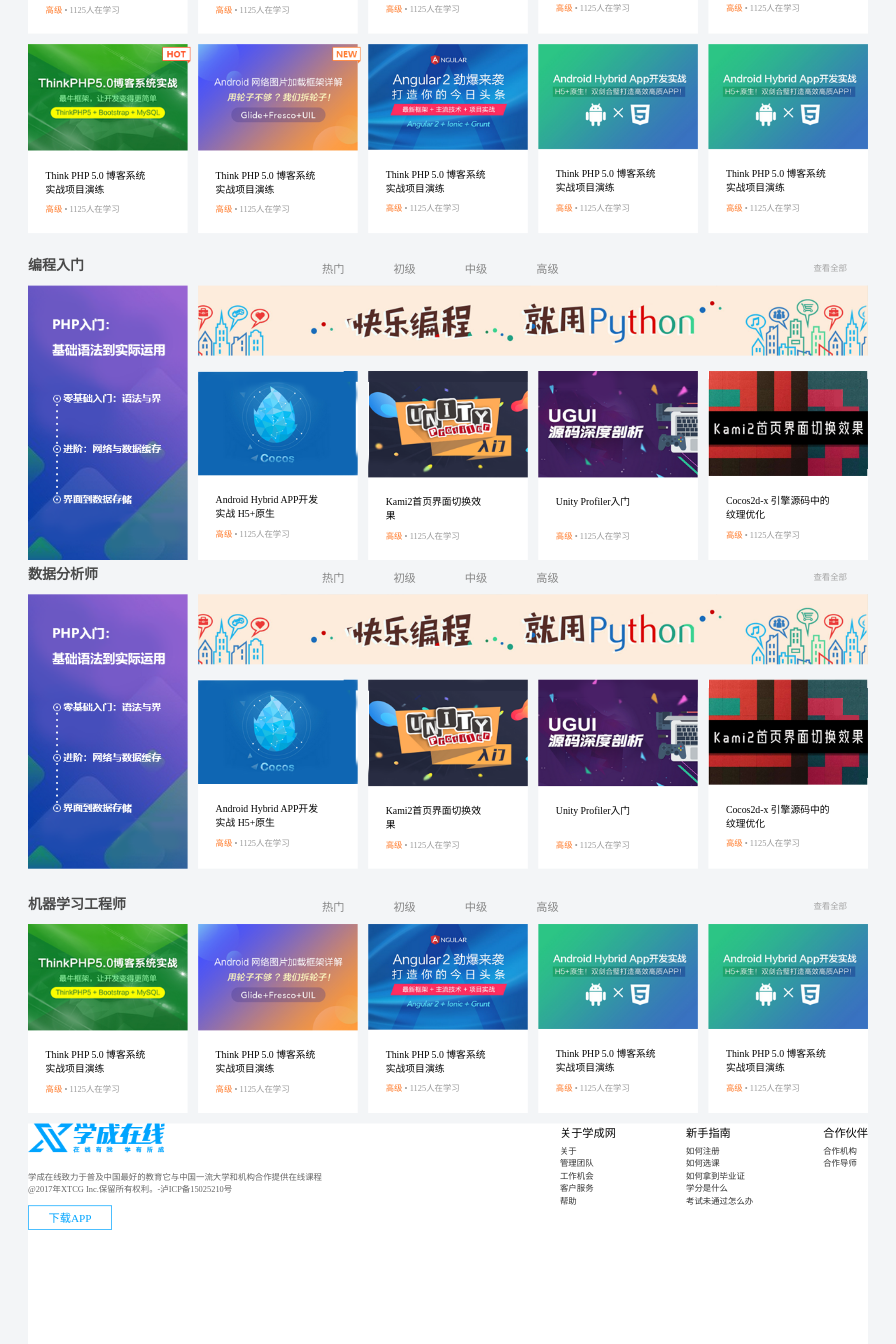
Repository: ywq0312/XueCheng
Page: index.html
The author's editor kept a copy of each file at every save. The page is drawn from the files as they stood at one save, then again after the next save.
The browser window is 1280 px wide. The pictures show the part of the page from y = 890 to 2810 px (the page is 2810 px tall before and 2682 px after), at 70% of full size.

Above is the page before, as saved 2021-05-19 15:48:14.

### index.html
<!DOCTYPE html>
<html lang="en">

<head>
    <meta charset="UTF-8">
    <meta http-equiv="X-UA-Compatible" content="IE=edge">
    <meta name="viewport" content="width=device-width, initial-scale=1.0">
    <title>学成在线</title>
    <!-- 引入重置样式表 -->
    <!-- <link rel="stylesheet" href="./css/reset.css"> -->
    <!-- 引入公共样式表 -->
    <link rel="stylesheet" href="./css/base.css">
    <!-- 引入图标字体库 -->
    <link rel="stylesheet" href="./fa/css/all.css">
    <!-- 引入css样式 -->
    <link rel="stylesheet" href="./css/style.css">
</head>

<body>
    <!-- 1.头部区域 -->
    <div class="header w">
        <!-- logo部分 -->
        <div class="logo">
            <img src="./images/学成在线.png" alt="学成在线logo">
        </div>
        <!-- 导航栏部分nav -->
        <div class="nav">
            <ul>
                <li><a href="#">首页</a></li>
                <li><a href="#">课程</a></li>
                <li><a href="#">职业规划</a></li>
            </ul>
        </div>
        <!-- 搜索框 -->
        <div class="search">
            <!-- 输入关键字可以用  placeholder = "输入关键字" -->
            <input type="text" value="输入关键字" name="" id="">
            <!--
                文本框input、表单、单元格、图片都是行内块元素，行内块元素之间有一个默认缝隙
                解决办法：1.浮动中间无缝隙，可给input、button都加上浮动
            -->
            <button></button>
        </div>
        <!-- 用户模块 -->
        <div class="user">
            <img src="./images/user.png" alt="">
            qq-lilei
        </div>
    </div>
    <!-- 2.bannar部分 -->
    <div class="banner">
        <div class="w">
            <!-- 左侧导航栏模块 -->
            <div class="subnav">
                <ul>
                    <li>
                        <a href="#">
                            前端开发
                            <span> &gt; </span>
                            <!-- 如果用的是字体图标库，则需加上line-height -->
                            <!-- <span class="fas fa-angle-right"></span> -->
                        </a>
                        <!-- 这个符号也可以用大于号>代替 -->
                    </li>
                    <li>
                        <a href="#">
                            后端开发
                            <span>&gt;</span>
                            <!-- <span class="fas fa-angle-right"></span> -->
                        </a>
                    </li>
                    <li>
                        <a href="#">
                            移动开发
                            <span>&gt;</span>
                            <!-- <span class="fas fa-angle-right"></span> -->
                        </a>
                    </li>
                    <li>
                        <a href="#">
                            人工智能
                            <span>&gt;</span>
                            <!-- <span class="fas fa-angle-right"></span> -->
                        </a>
                    </li>
                    <li>
                        <a href="#">
                            商业预测
                            <span>&gt;</span>
                            <!-- <span class="fas fa-angle-right"></span> -->
                        </a>
                    </li>
                    <li>
                        <a href="#">
                            云计算&大数据
                            <span>&gt;</span>
                            <!-- <span class="fas fa-angle-right"></span> -->
                        </a>
                    </li>
                    <li>
                        <a href="#">
                            运维&从测试
                            <span>&gt;</span>
                            <!-- <span class="fas fa-angle-right"></span> -->
                        </a>
                    </li>
                    <li>
                        <a href="#">
                            UI设计
                            <span>&gt;</span>
                            <!-- <span class="fas fa-angle-right"></span> -->
                        </a>
                    </li>
                    <li>
                        <a href="#">
                            产品
                            <span>&gt;</span>
                            <!-- <span class="fas fa-angle-right"></span> -->
                        </a>
                    </li>
                </ul>
            </div>
            <!-- 课程表模块 -->
            <div class="course">
                <h2>我的课程表</h2>
                <div class="bd">
                    <ul>
                        <li>
                            <a href="#">
                                <h4>继续学习 程序语言设计</h4>
                                <p>正在学习-使用对象</p>
                            </a>
                        </li>
                        <li>
                            <a href="#">
                                <h4>继续学习 程序语言设计</h4>
                                <p>正在学习-使用对象</p>
                            </a>
                        </li>
                        <li>
                            <a href="#">
                                <h4>继续学习 程序语言设计</h4>
                                <p>正在学习-使用对象</p>
                            </a>
                        </li>
                    </ul>
                    <a href="#" class="more">全部课程</a>
                </div>
            </div>
        </div>
    </div>
    <!-- 3.精品推荐 -->
    <div class="goods w">
        <h3>精品推荐</h3>
        <ul>
            <li><a href="#">jQuery</a></li>
            <li><a href="#">Spark</a></li>
            <li><a href="#">MySQL</a></li>
            <li><a href="#">JavaWeb</a></li>
            <li><a href="#">MySQL</a></li>
            <li><a href="#">JavaWeb</a></li>
        </ul>
        <a href="#" class="mod">修改兴趣</a>
    </div>
    <!-- 4.box核心内容区域 -->
    <div class="box w">
        <div class="box-hd">
            <h3>精品推荐</h3>
            <a href="#">查看全部</a>
        </div>
        <div class="box-bd">
            <!-- ul清楚浮动的原因是底下的li是浮动的，脱离了标准流，会让下面的内容跑到li底下（子不教父之过，所以给li的父元素清除浮动） -->
            <ul class="clearfix">
                <li>
                    <em>
                        <!-- 因为底下已经有一个img图片设置了样式，所以用另外一个标签包含 -->
                        <img src="./images/hot.png" alt="">
                    </em>
                    <img src="./images/pic.png" alt="">
                    <h4>Think PHP 5.0 博客系统实战项目演练</h4>
                    <div class="info">
                        <span>高级</span> • 1125人在学习
                    </div>
                </li>
                <li>
                    <em>
                        <img src="./images/new.png" alt="">
                    </em>
                    <img src="./images/pic2.png" alt="">
                    <h4>Think PHP 5.0 博客系统实战项目演练</h4>
                    <div class="info">
                        <span>高级</span> • 1125人在学习
                    </div>
                </li>
                <li>
                    <img src="./images/pic3.png" alt="">
                    <h4>Think PHP 5.0 博客系统实战项目演练</h4>
                    <div class="info">
                        <span>高级</span> • 1125人在学习
                    </div>
                </li>
                <li>
                    <img src="./images/pic4.png" alt="">
                    <h4>Think PHP 5.0 博客系统实战项目演练</h4>
                    <div class="info">
                        <span>高级</span> • 1125人在学习
                    </div>
                </li>
                <li>
                    <img src="./images/pic4.png" alt="">
                    <h4>Think PHP 5.0 博客系统实战项目演练</h4>
                    <div class="info">
                        <span>高级</span> • 1125人在学习
                    </div>
                </li>
                <li>
                    <em>
                        <img src="./images/hot.png" alt="">
                    </em>
                    <img src="./images/pic.png" alt="">
                    <h4>Think PHP 5.0 博客系统实战项目演练</h4>
                    <div class="info">
                        <span>高级</span> • 1125人在学习
                    </div>
                </li>
                <li>
                    <em>
                        <img src="./images/new.png" alt="">
                    </em>
                    <img src="./images/pic2.png" alt="">
                    <h4>Think PHP 5.0 博客系统实战项目演练</h4>
                    <div class="info">
                        <span>高级</span> • 1125人在学习
                    </div>
                </li>
                <li>
                    <img src="./images/pic3.png" alt="">
                    <h4>Think PHP 5.0 博客系统实战项目演练</h4>
                    <div class="info">
                        <span>高级</span> • 1125人在学习
                    </div>
                </li>
                <li>
                    <img src="./images/pic4.png" alt="">
                    <h4>Think PHP 5.0 博客系统实战项目演练</h4>
                    <div class="info">
                        <span>高级</span> • 1125人在学习
                    </div>
                </li>
                <li>
                    <img src="./images/pic4.png" alt="">
                    <h4>Think PHP 5.0 博客系统实战项目演练</h4>
                    <div class="info">
                        <span>高级</span> • 1125人在学习
                    </div>
                </li>
            </ul>
        </div>
    </div>
    <!-- 5.内容区 -->
    <div class="content w clearfix">
        <div class="content-hd">
            <h3>编程入门</h3>
            <ul>
                <li><a href="#">热门</a></li>
                <li><a href="#">初级</a></li>
                <li><a href="#">中级</a></li>
                <li><a href="#">高级</a></li>
            </ul>
            <a href="#">查看全部</a>
        </div>
        <div class="content-left">
            <img src="./images/c-pic1.png" alt="">
        </div>
        <div class="content-right">
            <div class="content-top">
                <img src="./images/c-pic.png" alt="">
            </div>
            <div class="content-btn">
                <ul>
                    <li>
                        <img src="./images/c-pic2.png" alt="">
                        <h4>Android Hybrid APP开发实战 H5+原生</h4>
                        <div class="info">
                            <span>高级</span> • 1125人在学习
                        </div>
                    </li>
                    <li>
                        <img src="./images/c-pic3.png" alt="">
                        <h4>Kami2首页界面切换效果</h4>
                        <div class="info">
                            <span>高级</span> • 1125人在学习
                        </div>
                    </li>
                    <li>
                        <img src="./images/c-cip4.png" alt="">
                        <h4>Unity Profiler入门</h4>
                        <div class="info">
                            <span>高级</span> • 1125人在学习
                        </div>
                    </li>
                    <li>
                        <img src="./images/c-cip5.png" alt="">
                        <h4>Cocos2d-x 引擎源码中的纹理优化</h4>
                        <div class="info">
                            <span>高级</span> • 1125人在学习
                        </div>
                    </li>
                </ul>
            </div>
        </div>
        <div class="content w clearfix">
            <div class="content-hd">
                <h3>数据分析师</h3>
                <ul>
                    <li><a href="#">热门</a></li>
                    <li><a href="#">初级</a></li>
                    <li><a href="#">中级</a></li>
                    <li><a href="#">高级</a></li>
                </ul>
                <a href="#">查看全部</a>
            </div>
            <div class="content-left">
                <img src="./images/c-pic1.png" alt="">
            </div>
            <div class="content-right">
                <div class="content-top">
                    <img src="./images/c-pic.png" alt="">
                </div>
                <div class="content-btn">
                    <ul>
                        <li>
                            <img src="./images/c-pic2.png" alt="">
                            <h4>Android Hybrid APP开发实战 H5+原生</h4>
                            <div class="info">
                                <span>高级</span> • 1125人在学习
                            </div>
                        </li>
                        <li>
                            <img src="./images/c-pic3.png" alt="">
                            <h4>Kami2首页界面切换效果</h4>
                            <div class="info">
                                <span>高级</span> • 1125人在学习
                            </div>
                        </li>
                        <li>
                            <img src="./images/c-cip4.png" alt="">
                            <h4>Unity Profiler入门</h4>
                            <div class="info">
                                <span>高级</span> • 1125人在学习
                            </div>
                        </li>
                        <li>
                            <img src="./images/c-cip5.png" alt="">
                            <h4>Cocos2d-x 引擎源码中的纹理优化</h4>
                            <div class="info">
                                <span>高级</span> • 1125人在学习
                            </div>
                        </li>
                    </ul>
                </div>
            </div>
    </div>

    <!-- 其他内容 -->
    <div class="box">
        <div class="content-hd">
            <h3>机器学习工程师</h3>
            <ul>
                <li><a href="#">热门</a></li>
                <li><a href="#">初级</a></li>
                <li><a href="#">中级</a></li>
                <li><a href="#">高级</a></li>
            </ul>
            <a href="#">查看全部</a>
        </div>
        <div class="box-bd">
            <!-- ul清楚浮动的原因是底下的li是浮动的，脱离了标准流，会让下面的内容跑到li底下（子不教父之过，所以给li的父元素清除浮动） -->
            <ul class="clearfix">
                <li>
                    <img src="./images/pic.png" alt="">
                    <h4>Think PHP 5.0 博客系统实战项目演练</h4>
                    <div class="info">
                        <span>高级</span> • 1125人在学习
                    </div>
                </li>
                <li>
                    <img src="./images/pic2.png" alt="">
                    <h4>Think PHP 5.0 博客系统实战项目演练</h4>
                    <div class="info">
                        <span>高级</span> • 1125人在学习
                    </div>
                </li>
                <li>
                    <img src="./images/pic3.png" alt="">
                    <h4>Think PHP 5.0 博客系统实战项目演练</h4>
                    <div class="info">
                        <span>高级</span> • 1125人在学习
                    </div>
                </li>
                <li>
                    <img src="./images/pic4.png" alt="">
                    <h4>Think PHP 5.0 博客系统实战项目演练</h4>
                    <div class="info">
                        <span>高级</span> • 1125人在学习
                    </div>
                </li>
                <li>
                    <img src="./images/pic4.png" alt="">
                    <h4>Think PHP 5.0 博客系统实战项目演练</h4>
                    <div class="info">
                        <span>高级</span> • 1125人在学习
                    </div>
                </li>
            </ul>
        </div>
    </div>
    <!-- footer 页底模块 -->
    <div class="footerd">
        <div class="w">
            <div class="copyright">
                <img src="./images/学成在线.png" alt="">
                <p>学成在线致力于普及中国最好的教育它与中国一流大学和机构合作提供在线课程<br>@2017年XTCG Inc.保留所有权利。-泸ICP备15025210号
                </p>
                <a href="#" class="app">下载APP</a>
            </div>
            <div class="links">
                <dl>
                    <dt><a href="#">关于学成网</a></dt>
                    <dd><a href="#">关于</a></dd>
                    <dd><a href="#">管理团队</a></dd>
                    <dd><a href="#">工作机会</a></dd>
                    <dd><a href="#">客户服务</a></dd>
                    <dd><a href="#">帮助</a></dd>
                </dl>
                <dl>
                    <dt><a href="#">新手指南</a></dt>
                    <dd><a href="#">如何注册</a></dd>
                    <dd><a href="#">如何选课</a></dd>
                    <dd><a href="#">如何拿到毕业证</a></dd>
                    <dd><a href="#">学分是什么</a></dd>
                    <dd><a href="#">考试未通过怎么办</a></dd>
                </dl>
                <dl>
                    <dt><a href="#">合作伙伴</a></dt>
                    <dd><a href="#">合作机构</a></dd>
                    <dd><a href="#">合作导师</a></dd>
                </dl>
            </div>
        </div>
    </div>

    <script>
        var text = document.querySelector('input');
        text.onfocus = function () {
            if (this.value === "输入关键字") {
                this.value = '';
            }
            this.style.color = '#333';
        }
        text.onblur = function () {
            if (this.value === '') {
                this.value = '输入关键字';
            }
            this.style.color = '#bfbfbf';
        }
    </script>
</body>

</html>

### css/base.css
.clearfix::before,
.clearfix::after{
    display: table;
    clear: both;
    content: '';
}
.w{
    width: 1200px;
    margin: auto;
}
body{
    background-color: #f3f5f7;
}
a{
    text-decoration: none;
    color: #050505;
}
li{
    list-style-type: none;
}

### css/style.css
*{
    margin: 0;
    padding: 0;
}

/* 头部区域 */
.header{
    height: 42px;
    /* 注意此地方会层叠w里面的margin */
    margin: 30px auto;
}
.logo{
    float: left;
    width: 198px;
    height: 42px;
}
.nav{
    float: left;
    margin-left: 60px;
}
.nav ul li{
    float: left;
    margin: 0 15px;
}
.nav ul li a{
    /* a是行内元素，所以转为块元素后宽高才起效 */
    display: block;
    height: 42px;
    /* 用padding把文字的宽度撑开 */
    padding: 0 10px;
    line-height: 42px;
    font-size: 18px;
    color: #050505;
    text-decoration: none;
}
.nav ul li a:hover{
    border-bottom: 2px solid #00a4ff;
    color: #00a4ff;
}
.search{
    float: left;
    width: 412px;
    height: 42px;
    background-color: skyblue;
    margin-left: 60px;
}
.search input{
    float: left;
    width: 345px;
    height: 40px;
    border: 1px solid #00a4ff;
    border-right: none;
    color: #bfbfbf;
    font-size: 14px;
    outline: none;
    /* 也可以用缩进text-index: 2em; 来将字体往左边移动 */
    padding-left: 15px;
}
.search button{
    float: left;
    width: 50px;
    height: 42px;
    background: url(../images/btn.png);
    /* 去掉按钮button默认边框 */
    border: 0;
}
.user{
    float: right;
    line-height: 42px;
    margin-right: 52px;
    font-size: 16px;
    color: #666;
    /* 图片与文字垂直居中对齐使用vertical-align: middle;  */
    vertical-align: middle;
}
/* banner区域 */
.banner{
    height: 421px;
    background-color: #1c036c;
}
.banner .w{
    height: 421px;
    background: url(../images/banner2.png) no-repeat top center;
}
/* 左侧导航 */
.subnav{
    float: left;
    width: 190px;
    height: 421px;
    background: rgba(0, 0, 0, .3);
}
.subnav ul li{
    height: 45px;
    line-height: 45px;
    padding: 0 20px;
}
.subnav ul li a{
    font-size: 14px;
    color: #fff;
}
.subnav ul li a span{
    float: right;
    /* line-height: 45px; */
}
.subnav ul li a:hover{
    color: #00a4ff;
}
.course{
    float: right;
    width: 230px;
    height: 300px;
    /* 浮动的盒子不会有外边距合并的问题，标准流盒子会发生外边距合并 */
    margin-top: 50px;
    background-color: #fff;
}
/* 右侧课程表 */
.course h2{
    height: 48px;
    background-color: #9bceea;
    text-align: center;
    line-height: 48px;
    font-size: 18px;
    color: #fff;
}
.course .bd{
    padding: 0 20px;
}
.course .bd  ul li{
    padding: 13px 0;
    border-bottom: 1px solid #ccc;
}
.course .bd  ul li h4{
    font-size: 16px;
    color: #4e4e4e;
}
.course .bd  ul li p{
    font-size: 12px;
    color: #a5a5a5;
}
.course .bd .more{
    /* a是行内元素，没有大小，需要转换成块级元素 */
    display: block;
    height: 38px;
    border: 1px solid #00a4ff;
    text-align: center;
    line-height: 38px;
    color: #00a4ff;
    font-size: 16px;
    font-weight: 700;
    margin-top: 7px;
}
/* 精品推荐模块 */
.goods{
    margin-top: 10px;
    height: 60px;
    background-color: #fff;
    /* box-shadow: (X轴偏移量)(Y轴偏移量)(阴影模糊半径)(阴影扩展半径)(阴影颜色) */
    box-shadow: 0 2px 3px 3px rgba(0, 0, 0, .1);
    /* 行高会继承，会继承给3个孩子 */
    line-height: 60px;
}
.goods h3{
    float: left;
    margin-left: 30px;
    font-size: 16px;
    color: #00a4ff;
}
.goods ul{
    float: left;
    margin-left: 30px;
}
.goods ul li{
    float: left;
}
.goods ul li a{
    padding: 0 30px;
    font-size: 16px;
    color: #050505;
    border-left: 1px solid #ccc;
}
.goods .mod{
    float: right;
    margin-right: 30px;
    font-size: 14px;
    color: #00a4ff;
}
.box{
    margin-top: 30px;
}
.box .box-hd,
.content .content-hd{
    /* 必定会有一个高度，若没有高度，底下标准流的东西会往上移 */
    height: 45px;
}
.box .box-hd h3,
.content .content-hd h3{
    float: left;
    font-size: 20px;
    color: #494949;
}
.box .box-hd a,
.content .content-hd > a{
    float: right;
    font-size: 12px;
    color: #a5a5a5;
    margin-top: 10px;
    margin-right: 30px;
}
/* 把li的父亲ul修改的足够宽，一行能装开5个盒子就不会换行了 */
.box .box-bd ul,
.content .content-btn ul{
    width: 1225px;
}
.box .box-bd ul li{
    /* 子绝父相 */
    position: relative;
    float: left;
    width: 228px;
    height: 270px;
    background-color: #fff;
    margin-right: 15px;
    margin-bottom: 15px;
}
/* li > img 的原因是因为这里的img是li的子元素，而hot图片的img是li的孙子元素，宽度就不会100% */
.box .box-bd ul li > img,
.content .content-btn ul li > img{
    width: 100%;
}
.box .box-bd ul li h4,
.content .content-btn ul li h4{
    display: block;
    width: 150px;
    height: 30px;
    margin :20px 20px 20px 25px;
    font-size: 14px;
    color: #050505;
    /* 文字不加粗 */
    font-weight: 400;
}
.box .box-bd ul li em{
    /* 绝对定位 */
    position: absolute;
    top: 4px;
    right: -4px;
}
.box .box-bd .info,
.content .content-btn .info{
    margin :20px 20px 20px 25px;
    font-size: 12px;
    color: #999;
}
.box .box-bd .info span,
.content .content-btn .info span{
    color: #ff7c2d;
}
.content{
    margin-top: 15px;
}
.content .content-hd ul{
    margin-left: 350px;
}
.content .content-hd ul li{
    float: left;
    margin-top: 8px;
    margin-left: 70px;
}
.content .content-hd ul li a{
    font: 16px;
    color: #868686;
}
.content .content-hd ul li a:hover{
    color: #00a4ff;
}
.content .content-left{
    float: left;
}
.content .content-top{
    float: right;
}
.content .content-btn ul li{
    float: left;
    width: 228px;
    height: 270px;
    background-color: #fff;
    margin-right: 15px;
    margin-top: 18px;
}
.content .content-btn ul li:first-child{
    margin-left: 15px;
}
/* 页脚部分 */
.footerd{
    height: 315px;
    background-color: #fff;
}
.footer .w{
    padding-top: 35px;
}
.copyright {
    float: left;
}
.copyright p{
    font-size: 12px;
    color: #666;
    margin-top: 20px;
    margin-bottom: 15px;
}
.copyright .app{
    display: block;
    width: 118px;
    height: 33px;
    text-align: center;
    line-height: 33px;
    color: #00a4ff;
    font-size: 16px;
    border: 1px solid #00a4ff;
}
.links{
    float: right;
}
.links dl{
    float: left;
    margin-left: 100px;
}
.links dl dt{
    font-size: 16px;
    color: #333;
    margin-bottom: 5px;
}
.links dl dd a{
    color: #333;
    font-size: 12px;
}

Loaded but not shown: fa/css/all.css (library)

After the next save:
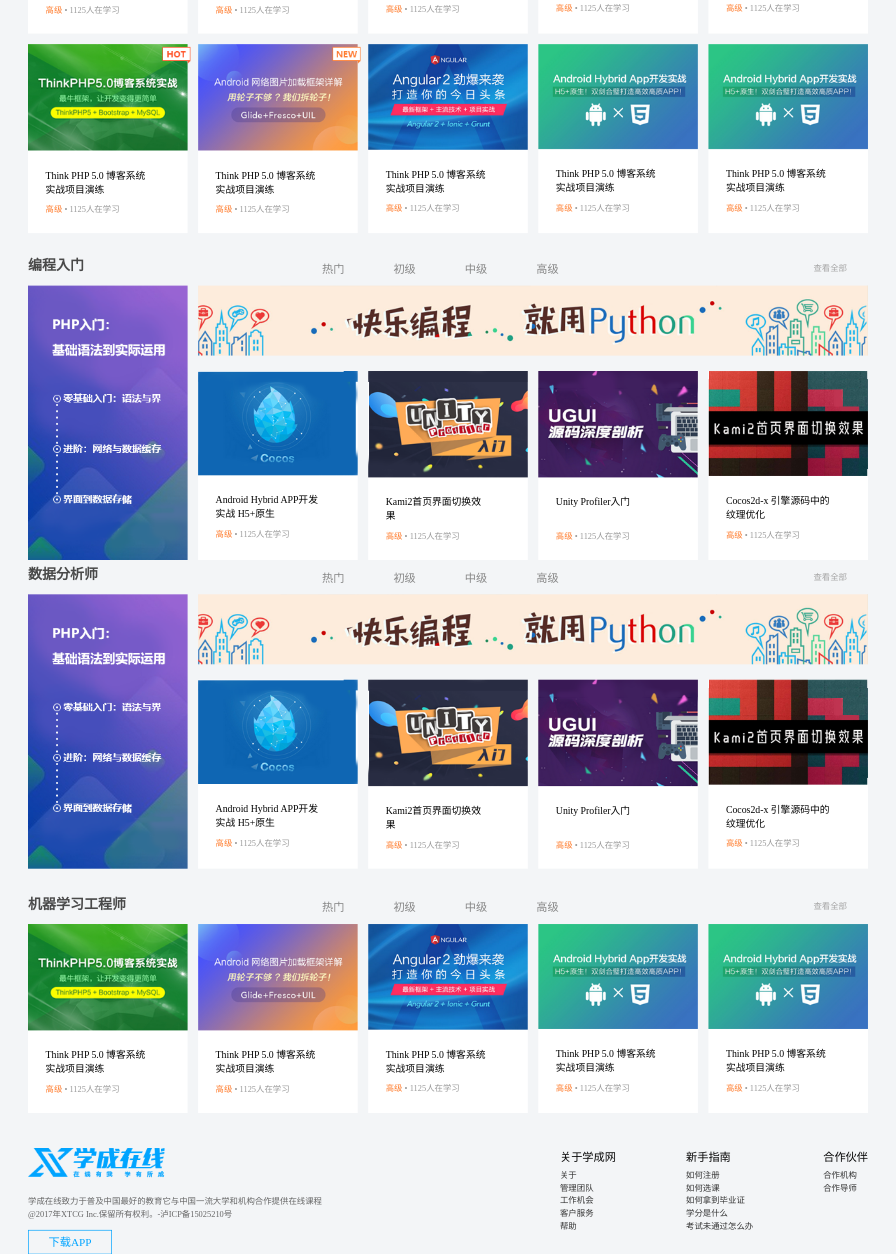
Saved 13 s later.
--- a/index.html
+++ b/index.html
@@ -416,7 +416,7 @@
         </div>
     </div>
     <!-- footer 页底模块 -->
-    <div class="footerd">
+    <div class="footer">
         <div class="w">
             <div class="copyright">
                 <img src="./images/学成在线.png" alt="">
